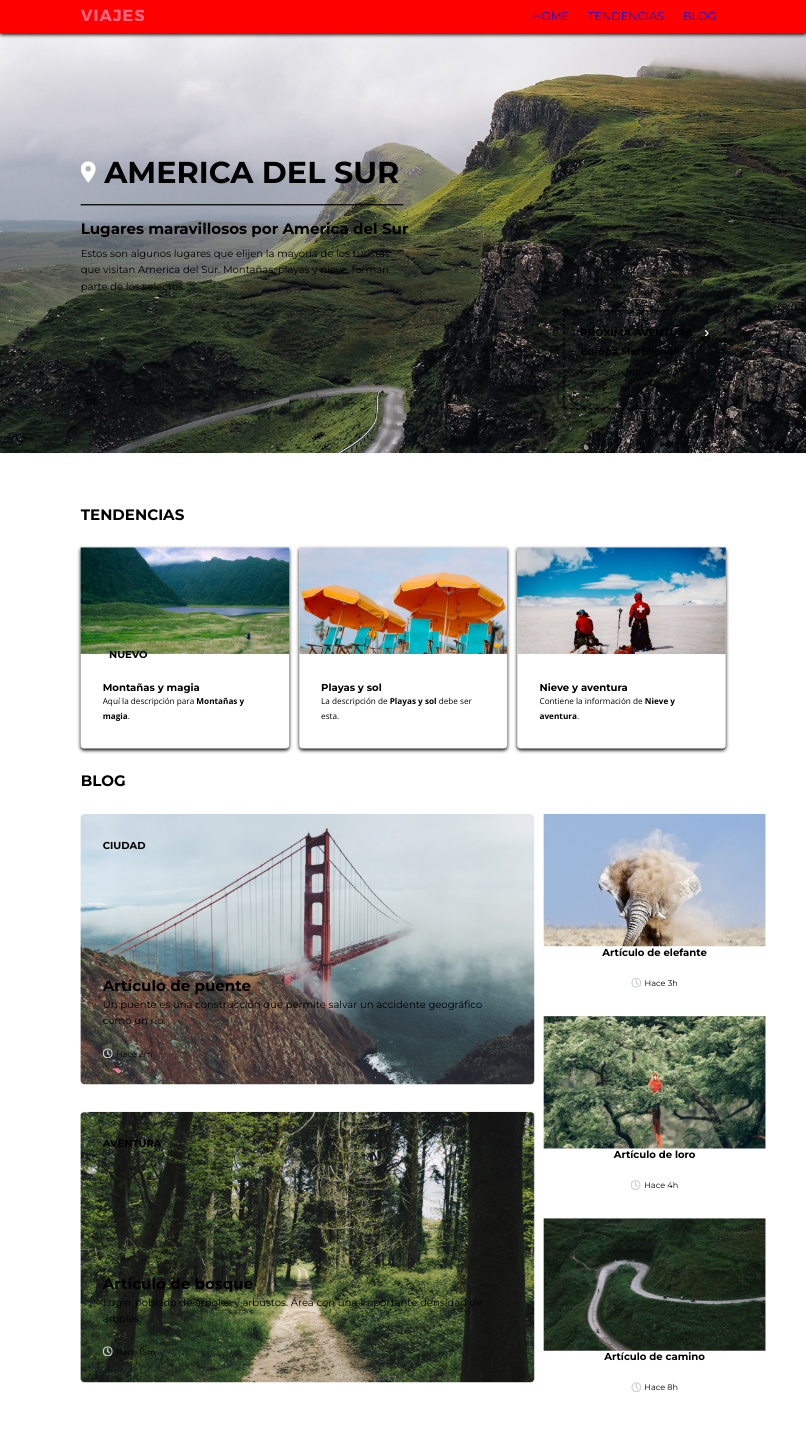
Repository: agustin-mesa/viajes
Page: /
The author's editor kept a copy of each file at every save. The page is drawn from the files as they stood at one save, then again after the next save.
The browser window is 1280 px wide. The pictures show the whole page, at 63% of full size.
The project was rebuilt for these pictures with package versions that can differ from the ones it lists, and the page was loaded fresh each time. Also part of the build but not shown: src/components/styles/colors.module.scss.

Above is the page before, as saved 2021-11-12 00:53:01.

After the next save:
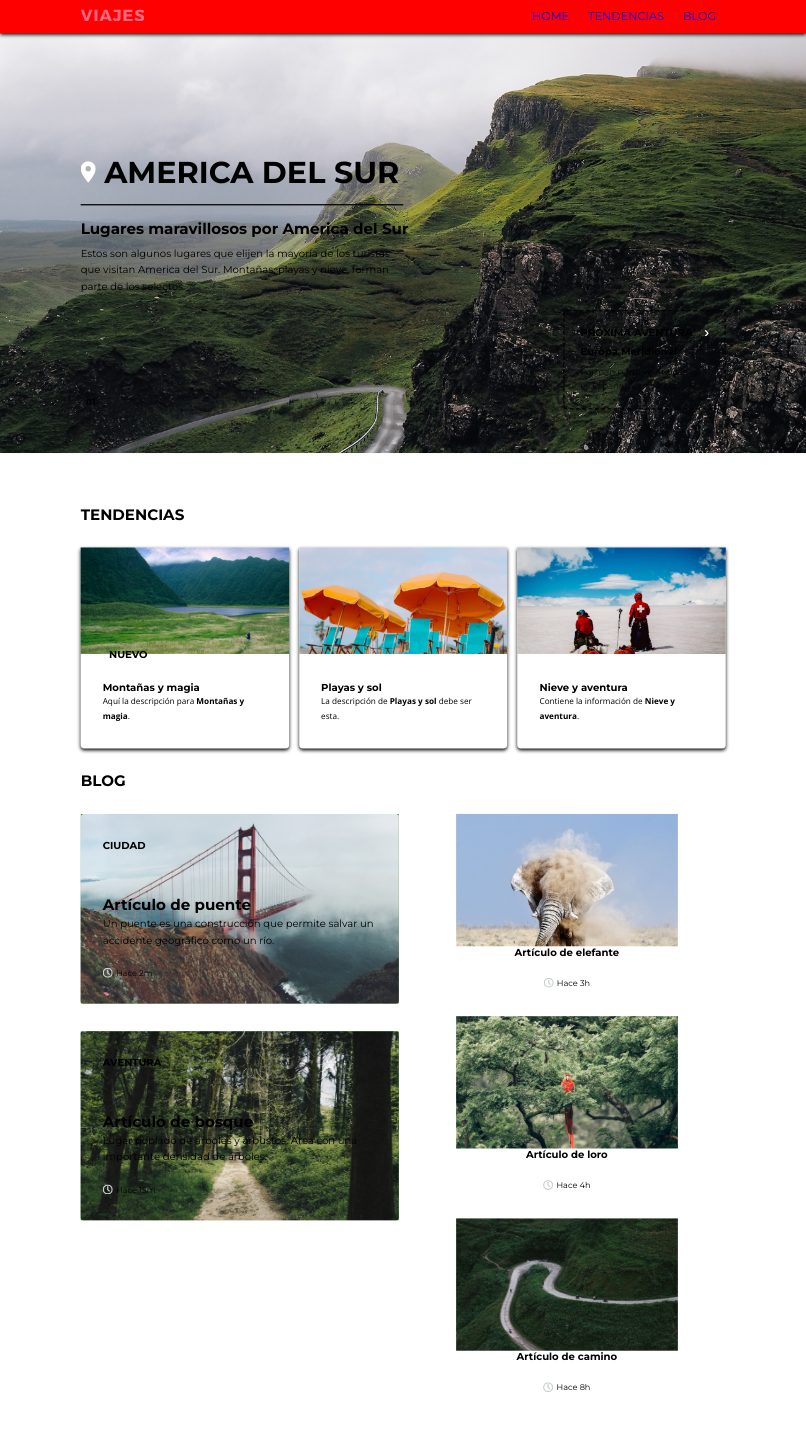
Saved 36 s later.
--- a/src/components/BigNewItem.js
+++ b/src/components/BigNewItem.js
@@ -8,7 +8,7 @@
 const BigNewItem = ({ src, alt, tipo, titulo, descripcion, time }) => {
   return (
     <NewItemBig>
-      <img src={src} alt={alt} />
+      <img className="img__bg" src={src} alt={alt} />
       <div className="newItem__info">
         <div className="info__header">
           <Span color="white">{tipo}</Span>
@@ -26,7 +26,7 @@
 const NewItemBig = styled.div`
   position: relative;
   border-radius: 6px;
-  img::first-child {
+  .img__bg {
     width: 100%;
     height: 100%;
     background: green;

After the save that followed:
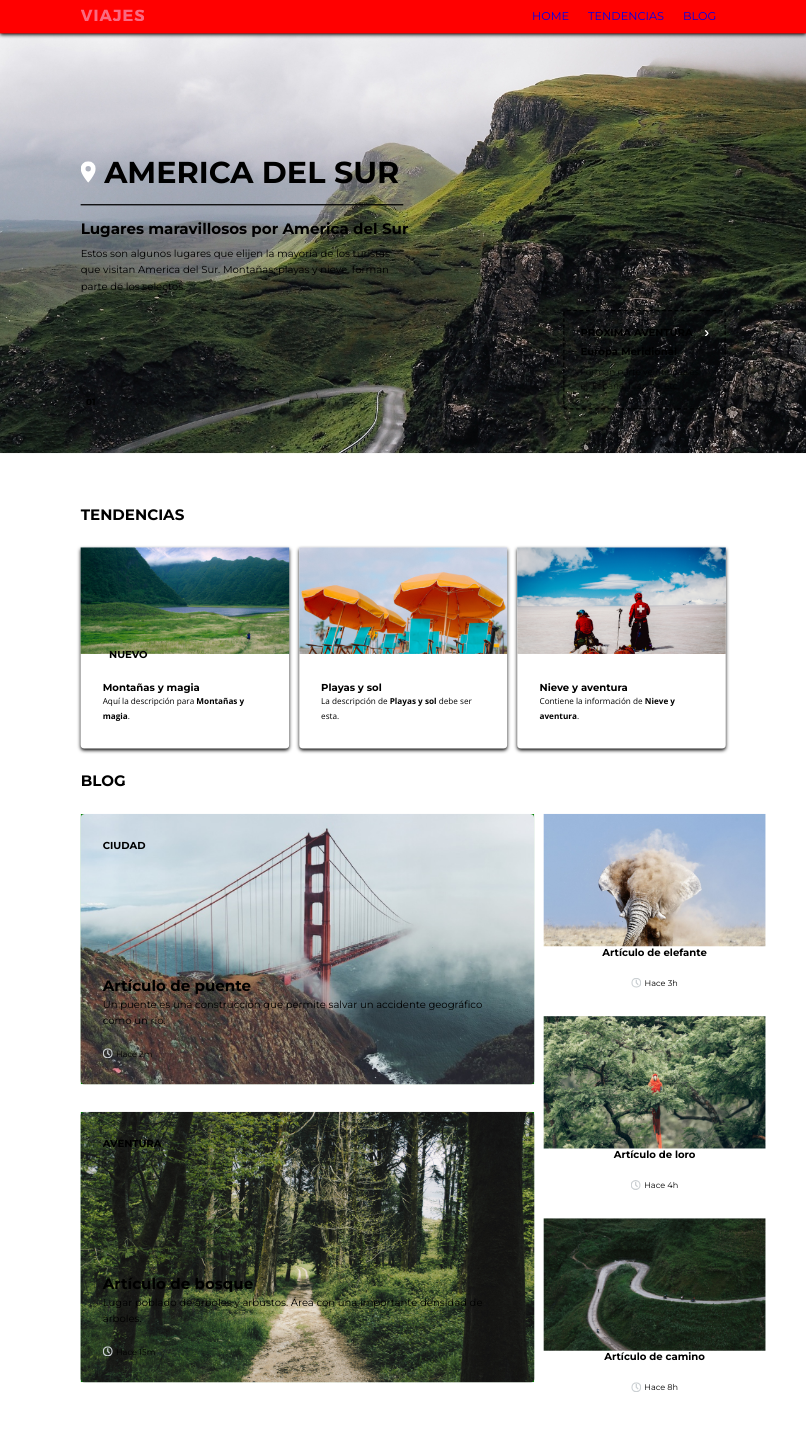
Saved 90 s later.
--- a/src/components/BigNewItem.js
+++ b/src/components/BigNewItem.js
@@ -27,7 +27,6 @@
   position: relative;
   border-radius: 6px;
   .img__bg {
-    width: 100%;
     height: 100%;
     background: green;
   }
